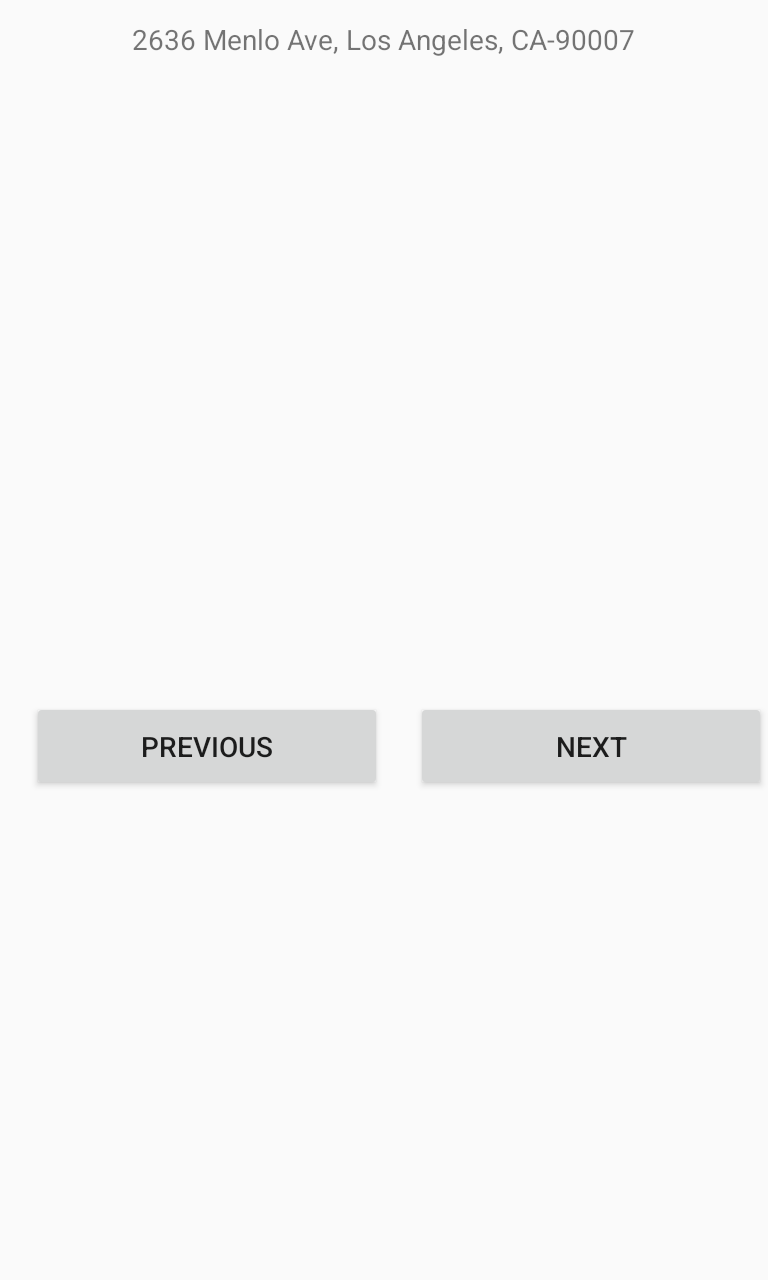
Repository: Warun26/PropertySearch
Layout: PropertySearch/res/layout/historical_zestimates_tab.xml
An editor plug-in stored every save of this project. The layout is shown before and after the next save, followed by the edit.
It is drawn on a 768 x 1280 px phone screen (xhdpi) without system bars, with theme AppTheme; the app's code is not run. The app's manifest (not shown) leaves right-to-left support off. So textAlignment, textDirection and layoutDirection are ignored, and left and right values win over start and end ones.

Above is the layout before, as saved 2014-11-23 04:35:37.

### PropertySearch/res/layout/historical_zestimates_tab.xml
<?xml version="1.0" encoding="utf-8"?>
<LinearLayout xmlns:android="http://schemas.android.com/apk/res/android"
    android:id="@+id/tab2"
    android:layout_width="fill_parent"
    android:layout_height="fill_parent"
    android:orientation="vertical" >

    <TextSwitcher
        android:id="@+id/chartYear"
        android:layout_width="fill_parent"
        android:layout_height="wrap_content"
        android:textAlignment="center"
        android:layout_gravity="center_horizontal"
        android:background="#99000000"
        android:padding="0dp"
        android:textSize = "16sp"
        android:textStyle="bold"
        android:layout_marginTop="10dp" />


    <TextView
	     android:id="@+id/address"
	     android:layout_width="wrap_content"
	     android:layout_height="wrap_content"
	     android:padding="0dp"
	     android:textSize="14sp"
	     android:textAlignment="center"
	     android:layout_gravity="center"
	     android:text="2636 Menlo Ave, Los Angeles, CA-90007" >
	</TextView>

    <ImageSwitcher
      android:id="@+id/ZestimateCharts"
      android:layout_width="fill_parent"
      android:layout_height="300dp" >
    </ImageSwitcher>

    <LinearLayout
        android:id="@+id/imageNavigationButtons"
        android:layout_width="fill_parent"
        android:layout_height="wrap_content"
        android:orientation="horizontal">
	    <Button
	      	android:id="@+id/previousImageButton"
	        android:layout_width="fill_parent"
	        android:layout_height="wrap_content"
	        android:text="@string/previous"
	        android:layout_marginLeft="15dp"
	        android:layout_marginStart="7dp"
	        android:layout_marginTop="20dp"
	        android:paddingLeft="3dp"
	        android:paddingRight="3dp"
	        android:layout_weight="1" />

	    <Button
	      	android:id="@+id/nextImageButton"
	        android:layout_width="fill_parent"
	        android:layout_height="wrap_content"
	        android:text="@string/next"
	        android:layout_marginLeft="15dp"
	        android:layout_marginStart="7dp"
	        android:layout_marginTop="20dp"
	        android:paddingLeft="3dp"
	        android:paddingRight="3dp"
	        android:layout_weight="1" />
        </LinearLayout>
</LinearLayout>

### PropertySearch/res/values/strings.xml
<?xml version="1.0" encoding="utf-8"?>
<resources>

    <string name="app_name">PropertySearch</string>
    <string name="hello_world">Hello world!</string>
    <string name="action_settings">Settings</string>
    <string name="search">Search</string>
    <string name="title_activity_main">MainActivity</string>
    <string name="form_title">Search Your Property Here</string>
    <string name="street_address">Street Address</string>
    <string name="address">Address*:</string>
    <string name="city_label">City*:</string>
    <string name="city">City</string>
    <string name="state">State*:</string>
    <string name="zillow_image">Zillow Logo</string>
    <string name="error_message">This field is required.</string>
    <string name="body1">body1</string>
    <string name="body2">body2</string>
    <string name="previous">Previous</string>
    <string name="next">Next</string>
    <string name="more_details">See more details on Zillow:</string>
    <string-array name="states">
        <item>Choose State</item>
        <item>AL</item>
        <item>AK</item>
        <item>AZ</item>
        <item>AR</item>
        <item>CA</item>
        <item>CO</item>
        <item>CT</item>
        <item>DE</item>
        <item>DC</item>
        <item>FL</item>
        <item>GA</item>
        <item>HI</item>
        <item>ID</item>
        <item>IL</item>
        <item>IN</item>
        <item>IA</item>
        <item>KS</item>
        <item>KY</item>
        <item>LA</item>
        <item>ME</item>
        <item>MD</item>
        <item>MA</item>
        <item>MI</item>
        <item>MN</item>
        <item>MS</item>
        <item>MO</item>
        <item>MT</item>
        <item>NE</item>
        <item>NV</item>
        <item>NH</item>
        <item>NJ</item>
        <item>NM</item>
        <item>NY</item>
        <item>NC</item>
        <item>ND</item>
        <item>OH</item>
        <item>OK</item>
        <item>OR</item>
        <item>PA</item>
        <item>PA</item>
        <item>RI</item>
        <item>SC</item>
        <item>SD</item>
        <item>TN</item>
        <item>TX</item>
        <item>UT</item>
        <item>VT</item>
        <item>VA</item>
        <item>WA</item>
        <item>WV</item>
        <item>WI</item>
        <item>WY</item>
    </string-array>

    <string name="title_activity_display_property_details">Results from Zillow</string>

</resources>

Loaded but not shown: PropertySearch/res/values/styles.xml (common file); PropertySearch/res/values-v11/styles.xml (common file); PropertySearch/res/values-v14/styles.xml (common file)

After the next save:
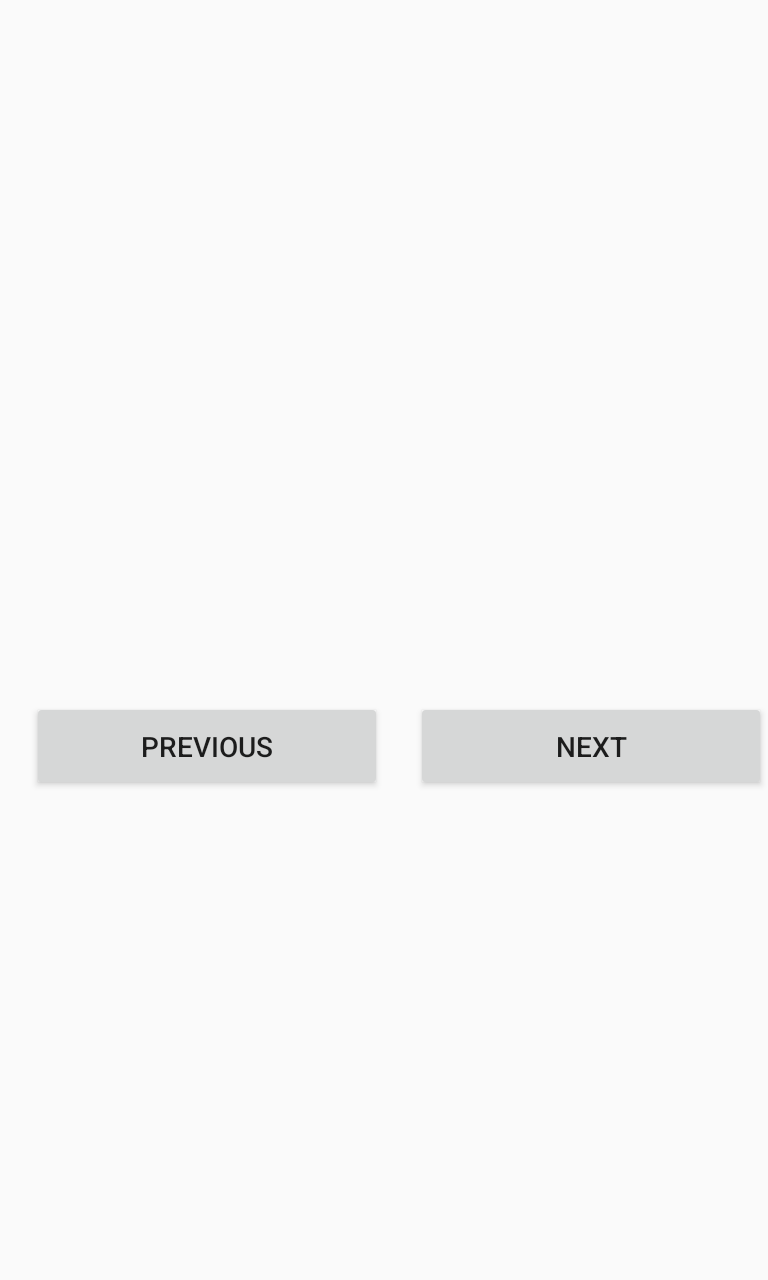
Saved 19 s later.
--- a/PropertySearch/res/layout/historical_zestimates_tab.xml
+++ b/PropertySearch/res/layout/historical_zestimates_tab.xml
@@ -25,8 +25,7 @@
 	     android:padding="0dp"
 	     android:textSize="14sp"
 	     android:textAlignment="center"
-	     android:layout_gravity="center"
-	     android:text="2636 Menlo Ave, Los Angeles, CA-90007" >
+	     android:layout_gravity="center"  >
 	</TextView>
 
     <ImageSwitcher
